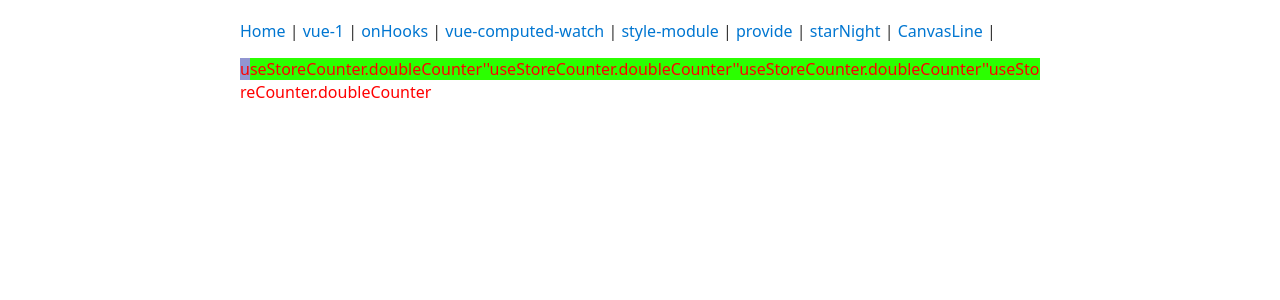
Repository: 596178924/vue3-ts-html
Page: /
These files come from the project's save history. The page is drawn as it stood at one moment and after the next save; the edit follows.
The browser window is 1280 px wide. The pictures show the whole page.
The project was rebuilt for these pictures with package versions that can differ from the ones it lists, and the page was loaded fresh each time. Also part of the build but not shown: vue.config.js.

Above is the page before, as saved 2022-02-15 16:32:57.

After the next save:
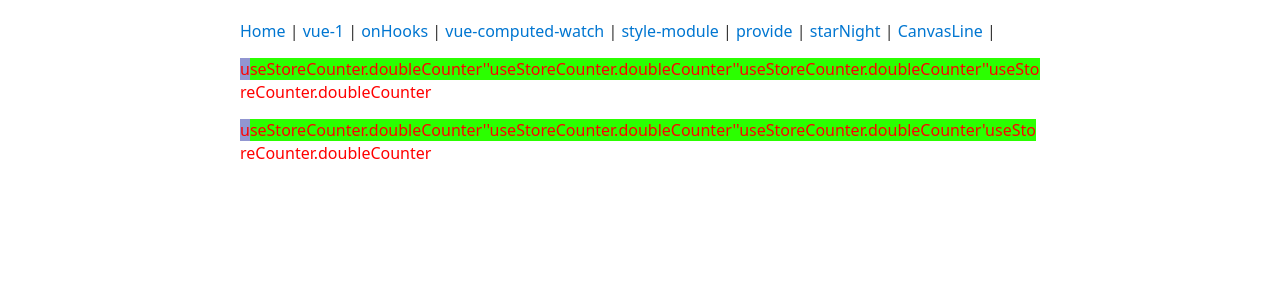
Saved 14 s later.
--- a/src/views/Home.vue
+++ b/src/views/Home.vue
@@ -1,6 +1,7 @@
 <template>
 	<div class="home">
 		<p class="red" >useStoreCounter.doubleCounter''useStoreCounter.doubleCounter''useStoreCounter.doubleCounter''useStoreCounter.doubleCounter</p>
+		<p class="red" >useStoreCounter.doubleCounter''useStoreCounter.doubleCounter''useStoreCounter.doubleCounter'<span>useStoreCounter.doubleCounter</span></p>
 	</div>
 </template>
 
